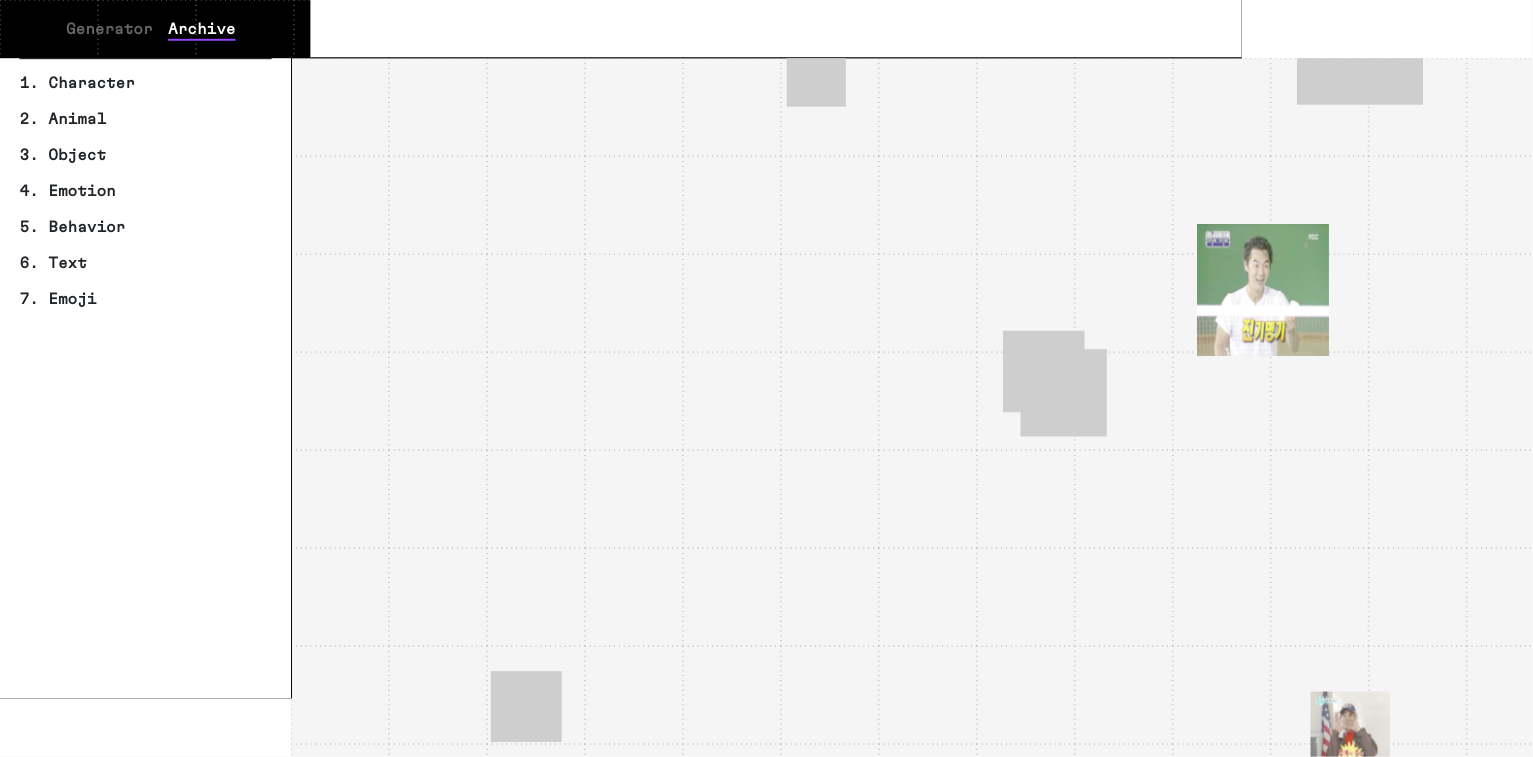
Repository: CastleBelll/project2
Page: /archive (app in job_app/)
These files come from the project's save history. The page is drawn as it stood at one moment and after a run of saves; the edit follows.
The browser window is 1280 px wide. The page is 1580 px wide, so the pictures cover 1580 px, including what lies to the right of the window. The pictures show the whole page, at 97% of full size.
The project was rebuilt for these pictures with package versions that can differ from the ones it lists, and the page was loaded fresh each time. Also part of the build but not shown: job_app/src/Generator/Generator.js.

Above is the page before, as saved 2024-12-15 10:07:51.

After the next 2 saves:
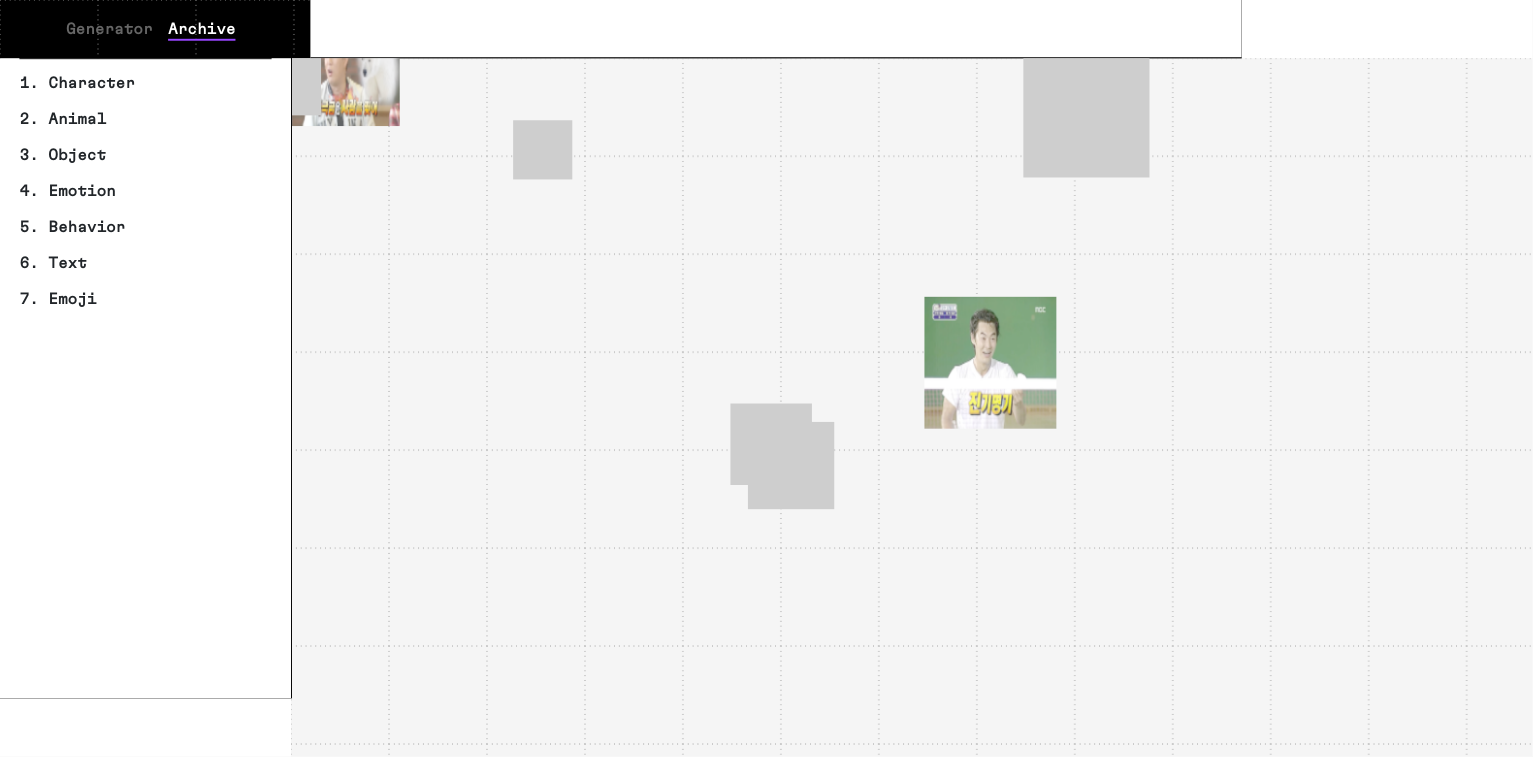
The 2 saves are shown as one change because 1 did not build or start.
The last was saved 2 min 24 s later.
--- a/job_app/src/Archive/ArchiveMain.js
+++ b/job_app/src/Archive/ArchiveMain.js
@@ -17,9 +17,14 @@ const ArchiveMain = () => {
       const randomX = Math.random() * 10 - 5; // -5 ~ 5 사이의 랜덤 X 좌표
       const randomY = Math.random() * 10 - 5; // -5 ~ 5 사이의 랜덤 Y 좌표
       const randomSize = Math.random() * 1 + 0.5; // 0.5 ~ 1.5 사이의 랜덤 크기
+
+      // 중앙 위치를 조정: 80px 상단, 300px 왼쪽 오프셋
+      const offsetX = 300; // 왼쪽 300px
+      const offsetY = 80;  // 상단 80px
+
       newImages.push({
         id: i,
-        position: [randomX, randomY, 0], // 랜덤 위치
+        position: [randomX - offsetX / 100, randomY - offsetY / 100, 0], // 오프셋 적용
         size: randomSize, // 랜덤 크기
         texture: `/images/${i + 1}.png`, // 텍스처 경로
         isDragging: false, // 드래그 상태
@@ -35,8 +40,6 @@ const ArchiveMain = () => {
     const renderer = new THREE.WebGLRenderer({ canvas: canvasRef.current });
     renderer.setSize(window.innerWidth, window.innerHeight);
     renderer.setClearColor(0x000000, 0); // 배경을 투명하게 설정
-
-    console.log("씬, 카메라, 렌더러 설정 완료");
 
     // 조명 추가
     const directionalLight = new THREE.DirectionalLight(0xffffff, 1);
@@ -98,7 +101,6 @@ const ArchiveMain = () => {
 
       setScale((prevScale) => {
         const newScale = Math.min(Math.max(prevScale * zoomFactor, 0.5), 2);
-        console.log("줌 스케일 변경:", newScale);
         return newScale;
       });
     };
@@ -108,7 +110,6 @@ const ArchiveMain = () => {
     let previousMousePosition = { x: 0, y: 0 };
 
     const handleMouseDown = (event) => {
-      console.log("마우스 다운:", event.clientX, event.clientY);
       // 클릭한 위치에서 가장 가까운 이미지를 찾아 드래그 시작
       const mouse = new THREE.Vector2(
         (event.clientX / window.innerWidth) * 2 - 1,
@@ -120,7 +121,6 @@ const ArchiveMain = () => {
 
       if (intersects.length > 0) {
         const clickedImage = intersects[0].object;
-        console.log("드래그 시작한 이미지:", clickedImage);
         setActiveImage(clickedImage);  // 활성화된 이미지 설정
         isDragging = true;
         previousMousePosition = { x: event.clientX, y: event.clientY };
@@ -134,11 +134,9 @@ const ArchiveMain = () => {
       activeImage.position.x += deltaX * 0.01;
       activeImage.position.y -= deltaY * 0.01;
       previousMousePosition = { x: event.clientX, y: event.clientY };
-      console.log("이미지 드래그 위치:", activeImage.position);
     };
 
     const handleMouseUp = () => {
-      console.log("마우스 업");
       isDragging = false;
       setActiveImage(null);
     };
@@ -148,7 +146,6 @@ const ArchiveMain = () => {
       camera.aspect = window.innerWidth / window.innerHeight;
       camera.updateProjectionMatrix();
       renderer.setSize(window.innerWidth, window.innerHeight);
-      console.log("윈도우 리사이즈됨");
     };
 
     window.addEventListener("resize", handleResize);
